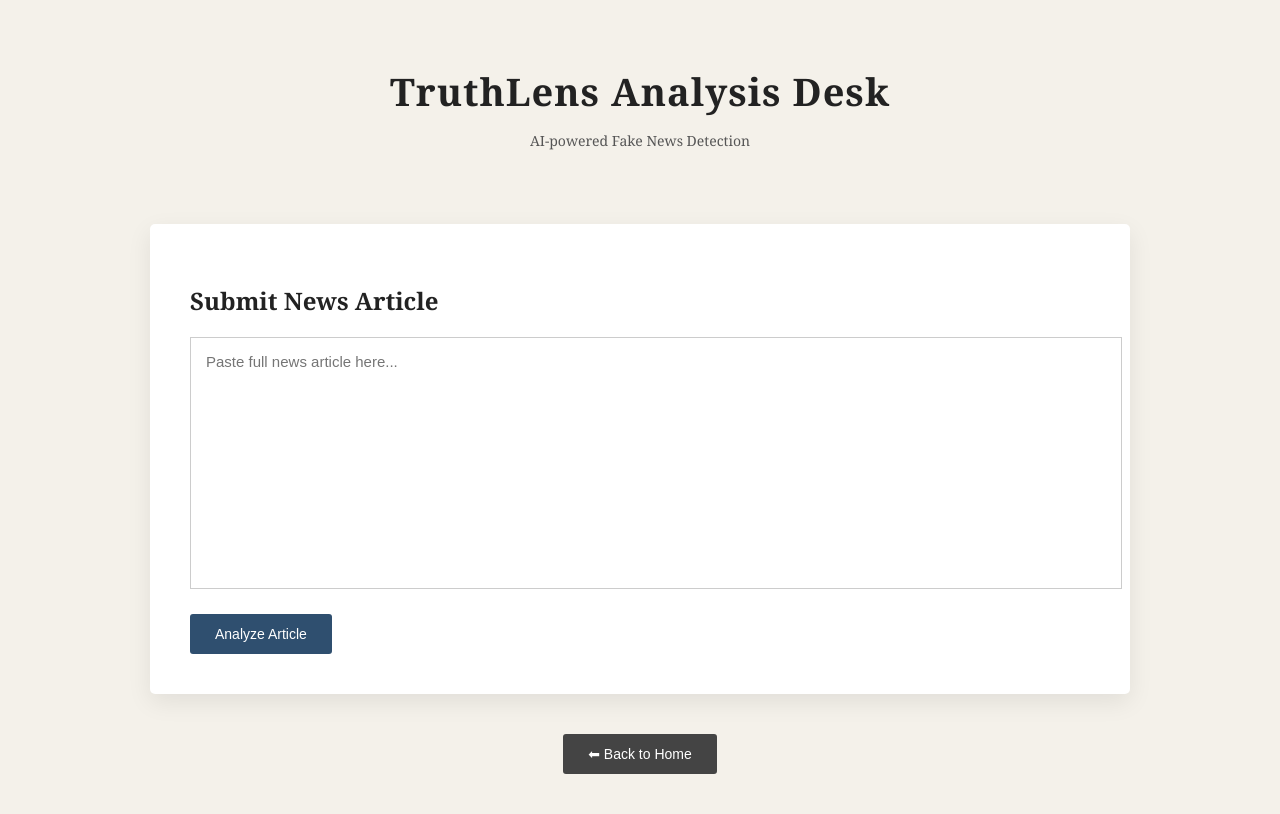
Repository: asadpathan2002-bot/Sprint1
Page: backend/templates/predict.html
An editor plug-in stored every save of this project. The page is shown before and after the next save, followed by the edit.
The browser window is 1280 px wide. The pictures show the whole page.

Above is the page before, as saved 2026-03-03 15:54:27.

### backend/templates/predict.html
<!DOCTYPE html>
<html lang="en">
<head>
<meta charset="UTF-8">
<meta name="viewport" content="width=device-width, initial-scale=1.0">
<title>TruthLens - News Analysis</title>

<style>

/* ===== BODY ===== */
body {
    margin: 0;
    font-family: 'Georgia', serif;
    background-color: #f4f1ea; /* newspaper tone */
    color: #222;
}

/* ===== HEADER ===== */
.header {
    text-align: center;
    padding: 40px 20px 20px 20px;
}

.header h1 {
    font-size: 38px;
    margin-bottom: 5px;
    letter-spacing: 1px;
}

.header p {
    font-size: 14px;
    color: #555;
}

/* ===== MAIN CONTAINER ===== */
.container {
    max-width: 900px;
    margin: 40px auto;
    background: white;
    padding: 40px;
    border-radius: 5px;
    box-shadow: 0 8px 25px rgba(0,0,0,0.08);
}

/* ===== TEXTAREA ===== */
textarea {
    width: 100%;
    height: 220px;
    padding: 15px;
    border: 1px solid #ccc;
    font-size: 15px;
    font-family: Arial, sans-serif;
    resize: none;
    margin-bottom: 20px;
}

/* ===== BUTTON ===== */
button {
    padding: 12px 25px;
    background-color: #2F4F6F;
    color: white;
    border: none;
    cursor: pointer;
    font-size: 14px;
    border-radius: 3px;
}

button:hover {
    background-color: #1f3a50;
}

/* ===== RESULT ===== */
#resultBox {
    display: none;
    margin-top: 30px;
    padding: 20px;
    border-left: 5px solid;
}

.fake {
    background-color: #fff0f0;
    border-color: #b30000;
    color: #b30000;
}

.real {
    background-color: #f0fff4;
    border-color: #006600;
    color: #006600;
}

/* ===== BACK BUTTON ===== */
.back-btn {
    text-align: center;
    margin: 40px 0;
}

.back-btn a {
    text-decoration: none;
}

.back-btn button {
    background-color: #444;
}

.back-btn button:hover {
    background-color: #222;
}

</style>
</head>

<body>

<div class="header">
    <h1>TruthLens Analysis Desk</h1>
    <p>AI-powered Fake News Detection</p>
</div>

<div class="container">
    <h2>Submit News Article</h2>

    <textarea id="newsInput" placeholder="Paste full news article here..."></textarea>
    <button onclick="analyzeNews()">Analyze Article</button>

    <div id="resultBox"></div>
</div>

<div class="back-btn">
    <a href="/">
        <button>⬅ Back to Home</button>
    </a>
</div>

<script>

async function analyzeNews() {

    const newsText = document.getElementById("newsInput").value;
    const resultBox = document.getElementById("resultBox");

    if(newsText.trim() === "") {
        alert("Please enter news article.");
        return;
    }

    resultBox.style.display = "block";
    resultBox.innerHTML = "Analyzing article...";
    resultBox.className = "";

    try {
        const response = await fetch("/api/predict", {
            method: "POST",
            headers: {
                "Content-Type": "application/json"
            },
            body: JSON.stringify({ text: newsText })
        });

        const data = await response.json();

        if(data.prediction === "Real News") {
            resultBox.className = "real";
        } else {
            resultBox.className = "fake";
        }

        resultBox.innerHTML = `
            <h3>${data.prediction}</h3>
            <p><strong>Confidence:</strong> ${data.confidence}%</p>
        `;

    } catch(error) {
        resultBox.innerHTML = "Error connecting to server.";
    }
}

</script>

</body>
</html>

After the next save:
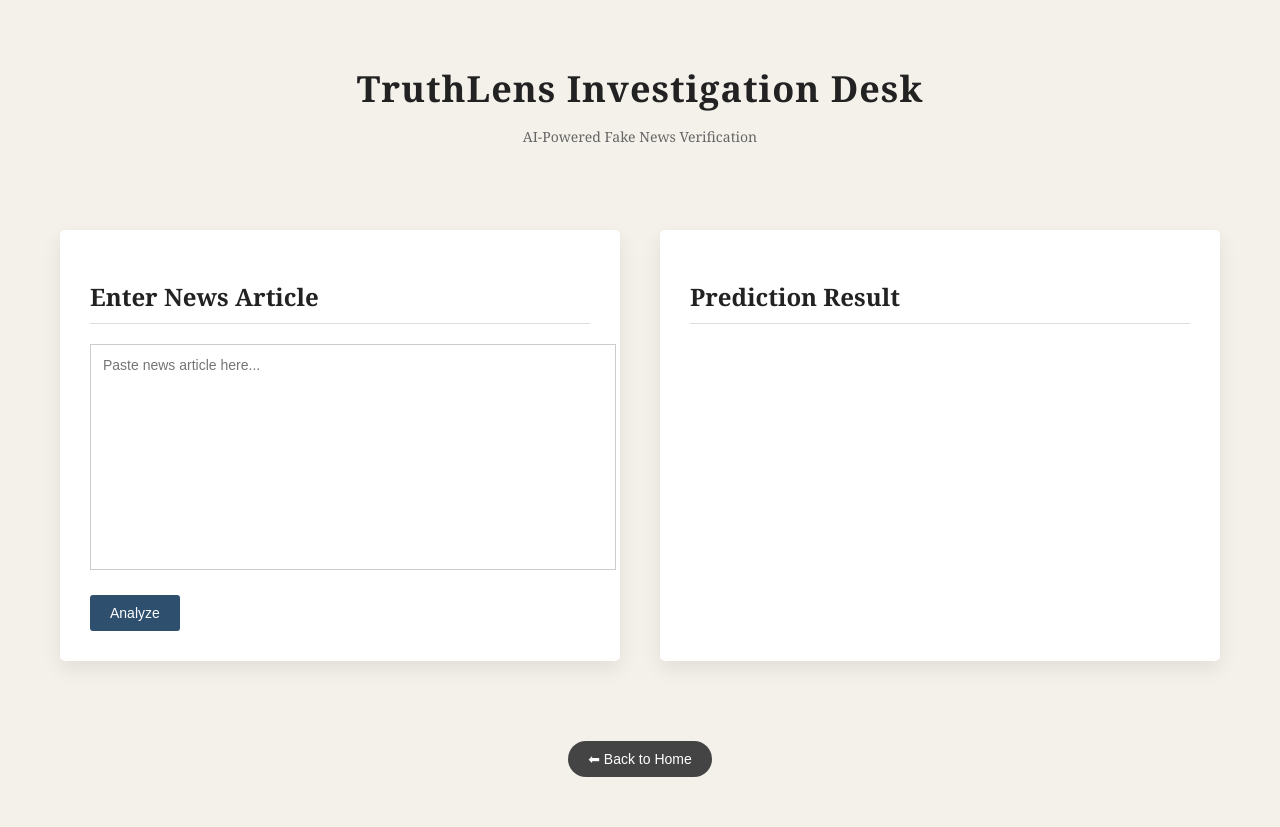
Saved 2 min 38 s later.
--- a/backend/templates/predict.html
+++ b/backend/templates/predict.html
@@ -3,7 +3,7 @@
 <head>
 <meta charset="UTF-8">
 <meta name="viewport" content="width=device-width, initial-scale=1.0">
-<title>TruthLens - News Analysis</title>
+<title>TruthLens - Predict</title>
 
 <style>
 
@@ -11,7 +11,7 @@
 body {
     margin: 0;
     font-family: 'Georgia', serif;
-    background-color: #f4f1ea; /* newspaper tone */
+    background-color: #f4f1ea;  /* light newspaper tone */
     color: #222;
 }
 
@@ -22,59 +22,73 @@ body {
 }
 
 .header h1 {
-    font-size: 38px;
+    font-size: 36px;
     margin-bottom: 5px;
     letter-spacing: 1px;
 }
 
 .header p {
     font-size: 14px;
-    color: #555;
-}
-
-/* ===== MAIN CONTAINER ===== */
+    color: #666;
+}
+
+/* ===== MAIN SECTION ===== */
 .container {
-    max-width: 900px;
-    margin: 40px auto;
-    background: white;
-    padding: 40px;
+    display: flex;
+    gap: 40px;
+    padding: 50px 60px;
+}
+
+/* ===== CARDS ===== */
+.card {
+    flex: 1;
+    background: #ffffff;
+    padding: 30px;
     border-radius: 5px;
-    box-shadow: 0 8px 25px rgba(0,0,0,0.08);
+    box-shadow: 0 8px 20px rgba(0,0,0,0.08);
+}
+
+.card h2 {
+    font-family: 'Georgia', serif;
+    border-bottom: 1px solid #ddd;
+    padding-bottom: 10px;
+    margin-bottom: 20px;
 }
 
 /* ===== TEXTAREA ===== */
 textarea {
     width: 100%;
-    height: 220px;
-    padding: 15px;
+    height: 200px;
+    padding: 12px;
     border: 1px solid #ccc;
-    font-size: 15px;
     font-family: Arial, sans-serif;
+    font-size: 14px;
     resize: none;
     margin-bottom: 20px;
 }
 
 /* ===== BUTTON ===== */
 button {
-    padding: 12px 25px;
+    padding: 10px 20px;
     background-color: #2F4F6F;
     color: white;
     border: none;
+    border-radius: 3px;
     cursor: pointer;
     font-size: 14px;
-    border-radius: 3px;
 }
 
 button:hover {
     background-color: #1f3a50;
 }
 
-/* ===== RESULT ===== */
+/* ===== RESULT BOX ===== */
 #resultBox {
     display: none;
-    margin-top: 30px;
-    padding: 20px;
+    margin-top: 20px;
+    padding: 15px;
     border-left: 5px solid;
+    border-radius: 3px;
 }
 
 .fake {
@@ -89,18 +103,27 @@ button:hover {
     color: #006600;
 }
 
+/* ===== ACCURACY SECTION ===== */
+#accuracySection {
+    display: none;
+    text-align: center;
+    padding: 25px;
+    background: white;
+    margin: 20px 60px;
+    border-radius: 5px;
+    box-shadow: 0 8px 20px rgba(0,0,0,0.08);
+    font-family: Arial, sans-serif;
+}
+
 /* ===== BACK BUTTON ===== */
 .back-btn {
     text-align: center;
-    margin: 40px 0;
-}
-
-.back-btn a {
-    text-decoration: none;
+    margin: 30px 0 50px 0;
 }
 
 .back-btn button {
     background-color: #444;
+    border-radius: 20px;
 }
 
 .back-btn button:hover {
@@ -112,20 +135,37 @@ button:hover {
 
 <body>
 
+<!-- HEADER -->
 <div class="header">
-    <h1>TruthLens Analysis Desk</h1>
-    <p>AI-powered Fake News Detection</p>
-</div>
-
+    <h1>TruthLens Investigation Desk</h1>
+    <p>AI-Powered Fake News Verification</p>
+</div>
+
+<!-- MAIN -->
 <div class="container">
-    <h2>Submit News Article</h2>
-
-    <textarea id="newsInput" placeholder="Paste full news article here..."></textarea>
-    <button onclick="analyzeNews()">Analyze Article</button>
-
-    <div id="resultBox"></div>
-</div>
-
+
+    <!-- Input Card -->
+    <div class="card">
+        <h2>Enter News Article</h2>
+        <textarea id="newsInput" placeholder="Paste news article here..."></textarea>
+        <button onclick="analyzeNews()">Analyze</button>
+    </div>
+
+    <!-- Result Card -->
+    <div class="card">
+        <h2>Prediction Result</h2>
+        <div id="resultBox"></div>
+    </div>
+
+</div>
+
+<!-- Accuracy Section -->
+<div id="accuracySection">
+    <h3>Model Performance</h3>
+    <p><strong>Model Accuracy:</strong> 94%</p>
+</div>
+
+<!-- BACK BUTTON -->
 <div class="back-btn">
     <a href="/">
         <button>⬅ Back to Home</button>
@@ -138,6 +178,7 @@ async function analyzeNews() {
 
     const newsText = document.getElementById("newsInput").value;
     const resultBox = document.getElementById("resultBox");
+    const accuracySection = document.getElementById("accuracySection");
 
     if(newsText.trim() === "") {
         alert("Please enter news article.");
@@ -145,7 +186,7 @@ async function analyzeNews() {
     }
 
     resultBox.style.display = "block";
-    resultBox.innerHTML = "Analyzing article...";
+    resultBox.innerHTML = "Analyzing...";
     resultBox.className = "";
 
     try {
@@ -170,6 +211,8 @@ async function analyzeNews() {
             <p><strong>Confidence:</strong> ${data.confidence}%</p>
         `;
 
+        accuracySection.style.display = "block";
+
     } catch(error) {
         resultBox.innerHTML = "Error connecting to server.";
     }
